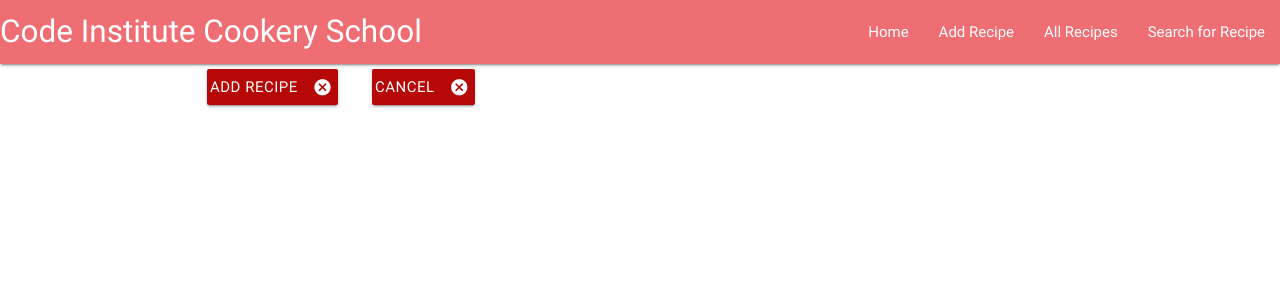
Repository: nakitamccool/francisillingworth-milestone-project-3
Page: http://localhost/
The author's editor kept a record of every edit. The page is drawn from the files as they stood at one moment, then again after the next edit.
The browser window is 1280 px wide. The pictures show the whole page.
The page is served by the project's application, run on Flask 3 (app.py).

Above is the page before.

### templates/index.html
{% extends 'base.html' %} {% block content %}

<a href="{{ url_for('get_recipes') }}" class="waves-effect waves-light btn cancel_button">
                <i class="material-icons right">cancel</i>Add Recipe
            </a>


<a href="{{ url_for('get_recipes') }}" class="waves-effect waves-light btn cancel_button">
                <i class="material-icons right">cancel</i>Cancel
            </a>

{% endblock %}

### templates/base.html
<!DOCTYPE html>
<html lang="en">
<head>
    <link href="https://fonts.googleapis.com/icon?family=Material+Icons"
      rel="stylesheet">
    <link rel="stylesheet"  href="https://cdnjs.cloudflare.com/ajax/libs/materialize/0.100.2/css/materialize.min.css">
    <link rel="stylesheet" href="{{url_for('static' , filename = "css/style.css")}}" type="text/css" />

</head>
<body>
  <header>
    <nav>
    <div class="nav-wrapper">
      <a href="#" class="brand-logo">Code Institute Cookery School</a>
      <ul id="nav-mobile" class="right hide-on-med-and-down">
        <li><a href="index.html">Home</a></li>
        <li><a href="{{ url_for('add_recipe') }}">Add Recipe</a></li>
        <li><a href="{{ url_for('get_recipes') }}">All Recipes</a></li>
        <li><a href="{{ url_for('find_recipe') }}">Search for Recipe</a></li>
      </ul>
    </div>
  </nav>
  </header>
    <div class="container">
    {% block content %}
    {% endblock %}
    </div>
    <script src="https://cdnjs.cloudflare.com/ajax/libs/jquery/3.4.1/jquery.min.js" integrity="sha256-CSXorXvZcTkaix6Yvo6HppcZGetbYMGWSFlBw8HfCJo=" crossorigin="anonymous"></script>
    <script src="https://cdnjs.cloudflare.com/ajax/libs/materialize/0.100.2/js/materialize.min.js"></script>
    <script type="text/javascript">
         $(document).ready(function(){
    $('.collapsible').collapsible();
    $('select').material_select();
  });

    </script>


</body>
</html>

### app.py
import os
from flask import Flask , render_template, redirect, request, url_for
from flask_pymongo import PyMongo
from bson.objectid import ObjectId


db_password = os.environ.get('DB_PASSWORD')

app = Flask(__name__)

app.config["MONGO_DBNAME"] = 'recipe_project'
app.config["MONGO_URI"] = 'mongodb+srv://root:r00tUser@myfirstcluster-aogax.mongodb.net/recipe_project?retryWrites=true&w=majority'

mongo = PyMongo(app)

@app.route('/')



@app.route('/index')
def index():
    return render_template("index.html")


@app.route('/get_recipes')
def get_recipes():
    return render_template("recipes.html", recipes=mongo.db.recipe.find())


@app.route('/add_recipe')
def add_recipe():
    return render_template('addrecipe.html', cuisine=mongo.db.cuisine.find())


@app.route('/insert_recipe', methods=['POST'])
def insert_recipe():
    recipes=mongo.db.recipe
    recipes.insert_one(request.form.to_dict())
    return redirect(url_for('get_recipes'))


@app.route('/edit_recipe/<recipe_id>')
def edit_recipe(recipe_id):
    the_recipe = mongo.db.recipe.find_one({"_id": ObjectId(recipe_id)})
    all_cuisine = mongo.db.cuisine.find()
    return render_template('editrecipe.html', recipe = the_recipe, cuisine=all_cuisine)



@app.route('/update_recipe/<recipe_id>', methods = ["POST"])
def update_recipe(recipe_id):
    recipes = mongo.db.recipe
    recipes.update( {'_id': ObjectId(recipe_id)},
    {
        'recipe_name' : request.form.get('recipe_name'),
        'cuisine_type' : request.form.get('cuisine_type'),
        'author' : request.form.get('author'),
        'ingredients' : request.form.get('ingredients'),
        'method' : request.form.get('method'),
        'cook_time' : request.form.get('cook_time'),
    })
    return redirect(url_for('get_recipes'))

@app.route('/delete_recipe/<recipe_id>')
def delete_recipe(recipe_id):
    mongo.db.recipe.remove({'_id':ObjectId(recipe_id)})
    return redirect(url_for('get_recipes'))





@app.route('/get_cuisines')
def get_cuisines():
    return render_template('cuisines.html', cuisine=mongo.db.cuisine.find())


@app.route('/edit_cuisine/<cuisine_id>')
def edit_cuisine(cuisine_id):
    return render_template('editcuisine.html', cuisine=mongo.db.cuisine.find_one({'_id':ObjectId(cuisine_id)}))


@app.route('/update_cuisine/<cuisine_id>', methods=['POST'])
def update_cuisine(cuisine_id):
    mongo.db.cuisine.update(
        {'_id': ObjectId(cuisine_id)},
        {'cuisine_type': request.form.get('cuisine_type')})
    return redirect(url_for('get_cuisines'))



@app.route('/add_cuisine')
def add_cuisine():
    return render_template('addcuisine.html', cuisine=mongo.db.cuisine.find())


@app.route('/insert_cuisine', methods=['POST'])
def insert_cuisine():
    cuisines=mongo.db.cuisine
    cuisines.insert_one(request.form.to_dict())
    return redirect(url_for('add_recipe'))



@app.route('/delete_cuisine/<cuisine_id>')
def delete_cuisine(cuisine_id):
    mongo.db.cuisine.remove({'_id':ObjectId(cuisine_id)})
    return redirect(url_for('get_cuisines'))



@app.route('/add_cuisine_edit')
def add_cuisine_edit():
    return render_template('addcuisine-edit.html', cuisine=mongo.db.cuisine.find())


@app.route('/insert_cuisine_edit', methods=['POST'])
def insert_cuisine_edit():
    cuisines=mongo.db.cuisine
    cuisines.insert_one(request.form.to_dict())
    return redirect(url_for('get_cuisines'))



@app.route('/find_recipe')
def find_recipe():
    return render_template("findrecipe.html", cuisine=mongo.db.cuisine.find(), authors=mongo.db.recipe.find().distinct('author'))

@app.route('/filter_recipes')
def filter_recipes():
     return render_template("results.html")







if __name__ == '__main__':
    app.run(host=os.environ.get('IP'),
            port=int(os.environ.get('PORT')),
            debug=True)

### static/css/style.css
.btn_edit{
    height:28px;
    margin: 5px 15px;
    line-height: 28px;
    padding-left: 3px;
    padding-right: 6px;



}

.btn_delete{
    height:28px;
    margin: 5px 15px ;
    line-height: 28px;
    padding-left: 5px;
    padding-right: 5px;
    background-color: #b70808;

}

.collapsible-header i {
 margin:0;}

 .btn_delete:hover {
    background-color: #71231d;
}

.cancel_button{
    margin: 5px 15px;
    padding-left: 3px;
    padding-right: 6px;
    background-color: #b70808

}


 .cancel_button:hover {
    background-color: #71231d;
}


.recipe_header{
    margin-top:5px;
    margin-right: 20px;
}

.deleteEdit{
    margin-left:auto;
    margin-right:0;
}

.add_cuisine{
    margin-top: 0;
    margin-left:5%;
}

After the next edit:
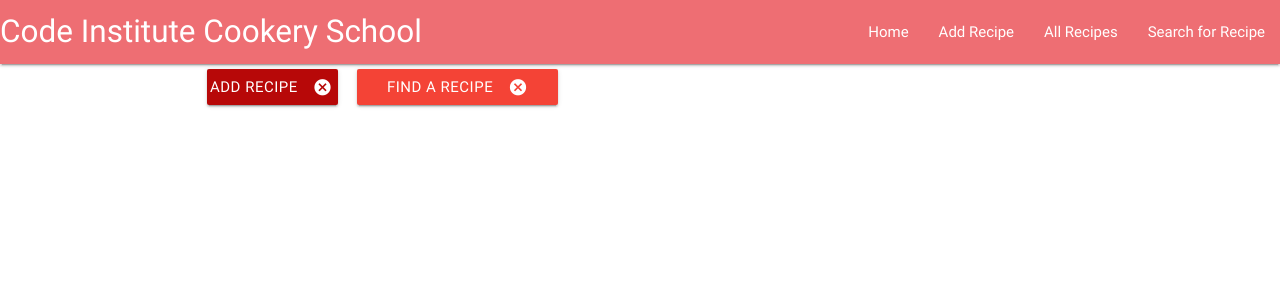
The edit:
--- a/templates/index.html
+++ b/templates/index.html
@@ -5,8 +5,8 @@
             </a>
 
 
-<a href="{{ url_for('get_recipes') }}" class="waves-effect waves-light btn cancel_button">
-                <i class="material-icons right">cancel</i>Cancel
+<a href="{{ url_for('get_recipes') }}" class="waves-effect waves-light btn red">
+                <i class="material-icons right">cancel</i>Find a Recipe
             </a>
 
 {% endblock %}
